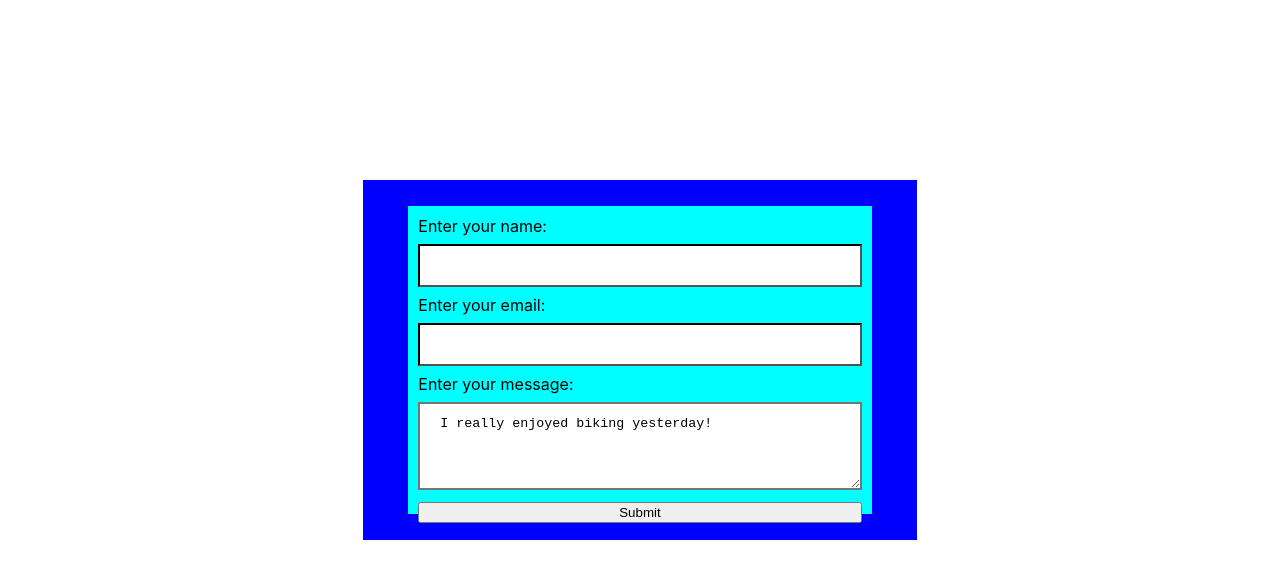
Repository: AddamVictorioDev/ProfileWebsite
Page: /form (app in con/)
An editor plug-in stored every save of this project. The page is shown before and after the next save, followed by the edit.
The browser window is 1280 px wide. The pictures show the whole page.
The project was rebuilt for these pictures with package versions that can differ from the ones it lists, and the page was loaded fresh each time. Also part of the build but not shown: con/src/App.css, con/src/home.css, con/src/home.js, con/src/addam.css, con/src/addam.js, con/src/usescripts.js, con/src/projects.js.

Above is the page before, as saved 2023-03-16 19:09:27.

After the next save:
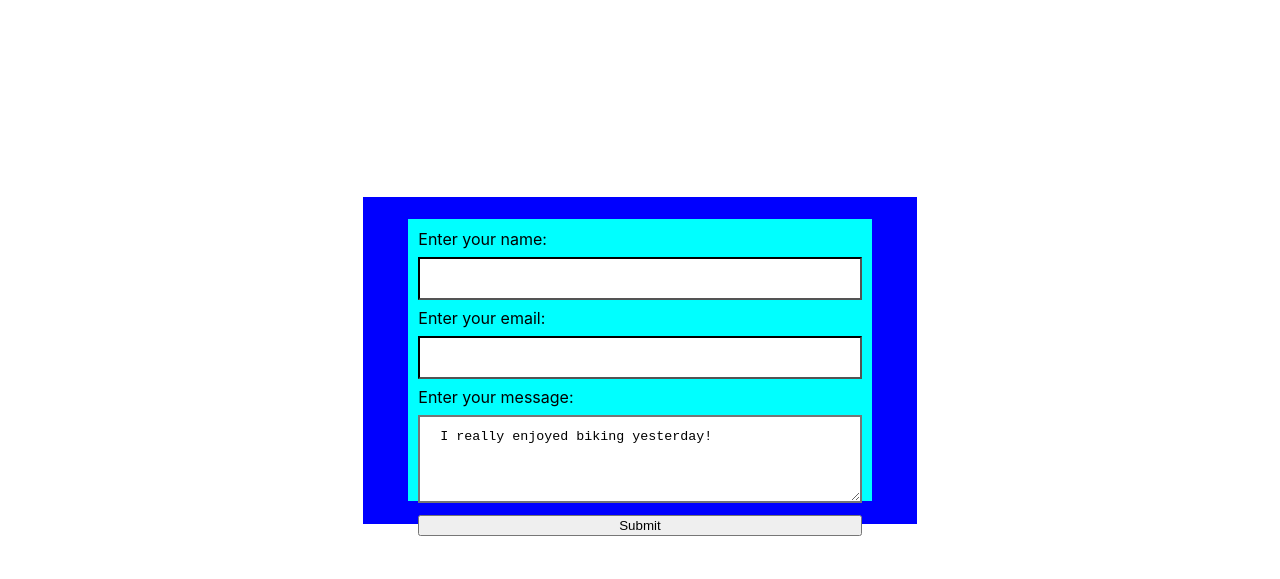
Saved 15 s later.
--- a/con/src/form.css
+++ b/con/src/form.css
@@ -18,7 +18,7 @@
 .center{
     display: grid;
     place-items: center;
-    height: 50vh;
+    width: 100%;
     background-color: blue;
 
 

After the save that followed:
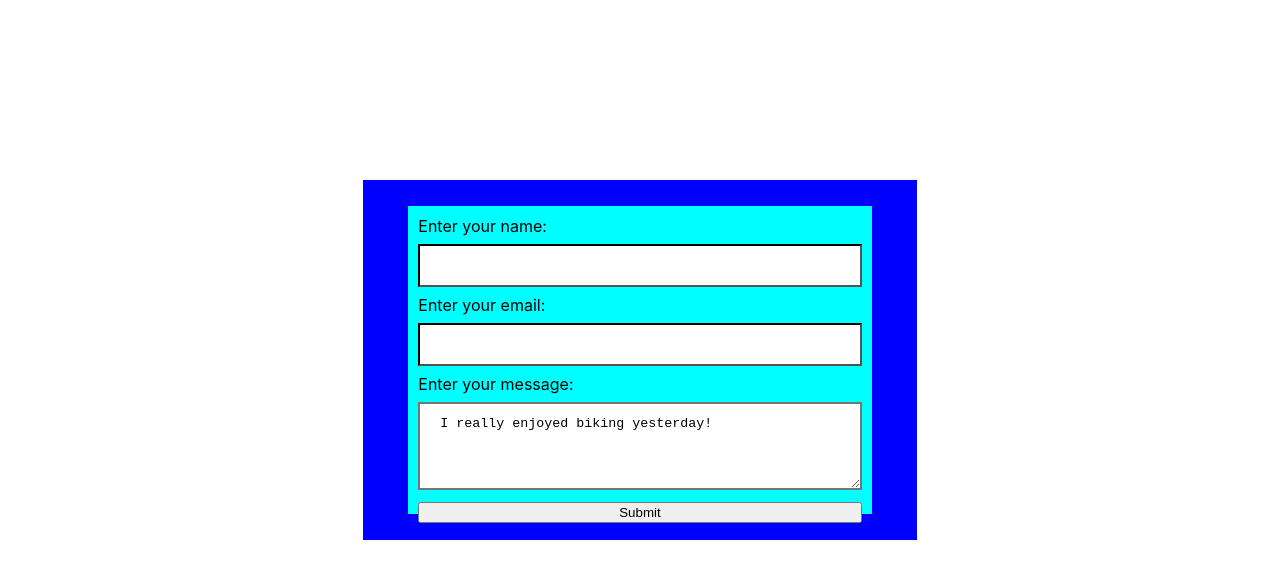
Saved 4 s later.
--- a/con/src/form.css
+++ b/con/src/form.css
@@ -18,7 +18,7 @@
 .center{
     display: grid;
     place-items: center;
-    width: 100%;
+    height: 50vh;
     background-color: blue;
 
 
